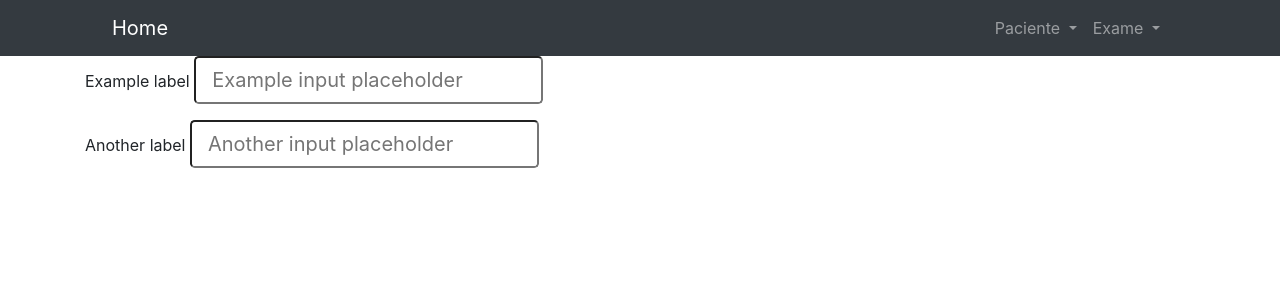
Repository: noobDevPRB/struts2_project
Page: http://localhost/Projeto_SOCTest/
The author's editor kept a copy of each file at every save. The page is drawn from the files as they stood at one save, then again after the next save.
The browser window is 1280 px wide. The pictures show the whole page.
The page is served by Tomcat 9. Nobody is signed in. The application's start-up code is not run.

Above is the page before, as saved 2020-10-17 16:12:14.

After the next save:
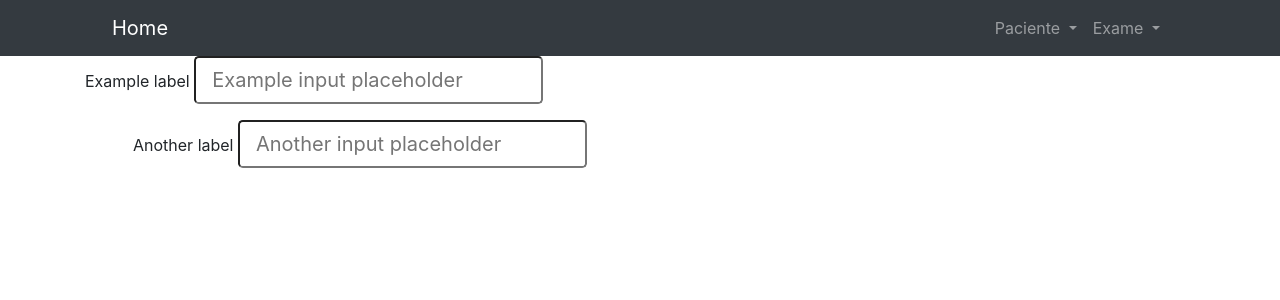
Saved 62 s later.
--- a/Projeto_SOCTest/WebContent/index.jsp
+++ b/Projeto_SOCTest/WebContent/index.jsp
@@ -49,7 +49,7 @@
 			    <label for="formGroupExampleInput">Example label</label>
 			    <input type="text" class="form-control-lg" id="formGroupExampleInput" placeholder="Example input placeholder">
 			  </div>
-			  <div class="form-group">
+			  <div class="form-group px-5">
 			    <label for="formGroupExampleInput2">Another label</label>
 			    <input type="text" class="form-control-lg" id="formGroupExampleInput2" placeholder="Another input placeholder">
 			  </div>
